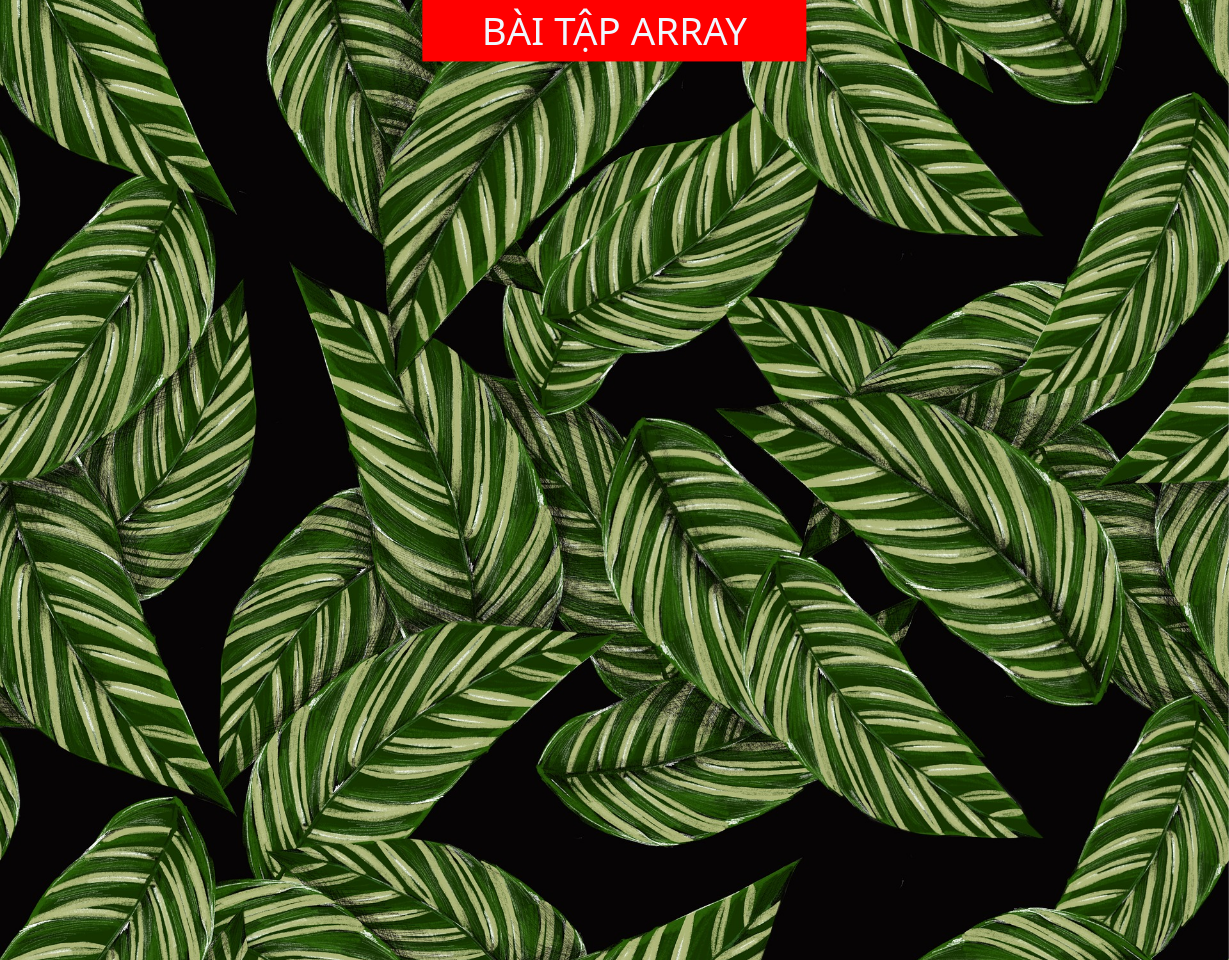
Repository: hcozyph/TranHuuPhuoc_BC43_BT_JS_Buoi7_8_ARRAY
Page: index.html
The author's editor kept a copy of each file at every save. The page is drawn from the files as they stood at one save, then again after the next save.
The browser window is 1280 px wide. The pictures show the whole page, at 96% of full size.

Above is the page before, as saved 2023-02-20 21:21:55.

### index.html
<!DOCTYPE html>
<html lang="en">
    <head>
        <title>BT Array</title>
        <!-- Required meta tags -->
        <meta charset="utf-8" />
        <meta
            name="viewport"
            content="width=device-width, initial-scale=1, shrink-to-fit=no"
        />

        <!-- Bootstrap CSS v5.2.1 -->
        <link
            href="https://cdn.jsdelivr.net/npm/bootstrap@5.2.1/dist/css/bootstrap.min.css"
            rel="stylesheet"
            integrity="sha384-iYQeCzEYFbKjA/T2uDLTpkwGzCiq6soy8tYaI1GyVh/UjpbCx/TYkiZhlZB6+fzT"
            crossorigin="anonymous"
        />

        <!-- index.css -->
        <link rel="stylesheet" href="./css/index.css" />
    </head>

    <body>
        <div class="container">
            <div class="bt-array-title">
                <h1 class="text-center py-2">BÀI TẬP ARRAY</h1>
            </div>

            <div class="bt-array-content">
                <div class="bt1"></div>
            </div>
        </div>

        <!-- Bootstrap JavaScript Libraries -->
        <script
            src="https://cdn.jsdelivr.net/npm/@popperjs/core@2.11.6/dist/umd/popper.min.js"
            integrity="sha384-oBqDVmMz9ATKxIep9tiCxS/Z9fNfEXiDAYTujMAeBAsjFuCZSmKbSSUnQlmh/jp3"
            crossorigin="anonymous"
        ></script>

        <script
            src="https://cdn.jsdelivr.net/npm/bootstrap@5.2.1/dist/js/bootstrap.min.js"
            integrity="sha384-7VPbUDkoPSGFnVtYi0QogXtr74QeVeeIs99Qfg5YCF+TidwNdjvaKZX19NZ/e6oz"
            crossorigin="anonymous"
        ></script>

        <!-- method.js -->
        <link rel="stylesheet" href="./js/method.js" />

        <!-- index.js -->
        <script src="./js/index.js"></script>
    </body>
</html>

### css/index.css
* {
    margin: 0;
    padding: 0;
    box-sizing: border-box;
}

.container {
    margin: 0 auto;
    max-width: 1440px;

    background-image: url(../img/2.jpg);
    background-size: cover;
    background-position: center;
    background-repeat: no-repeat;

    height: 1000px;
}

.bt-array-title {
    display: block;
    margin: 0 auto;
    width: 400px;
    font-size: 40px;
    font-weight: 700;
    background-color: red;
    color: aliceblue;
}

/* .bt-array-content {
} */

Loaded but not shown: js/index.js (no copy from this time; the picture is the same without it); js/method.js (no stored copy; drawn as an empty file)

After the next save:
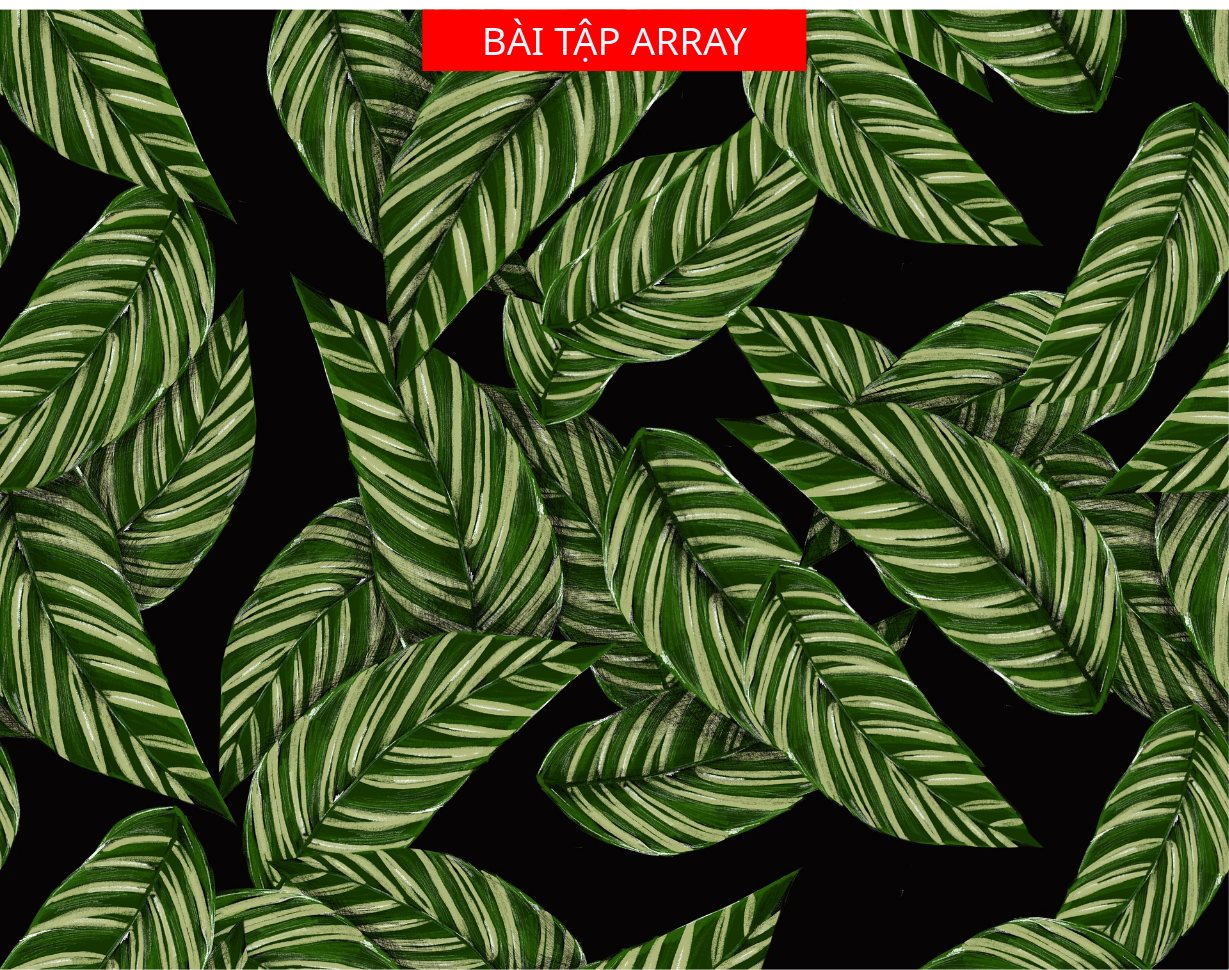
Saved 11 s later.
--- a/css/index.css
+++ b/css/index.css
@@ -18,7 +18,7 @@
 
 .bt-array-title {
     display: block;
-    margin: 0 auto;
+    margin: 10px auto;
     width: 400px;
     font-size: 40px;
     font-weight: 700;

After the save that followed:
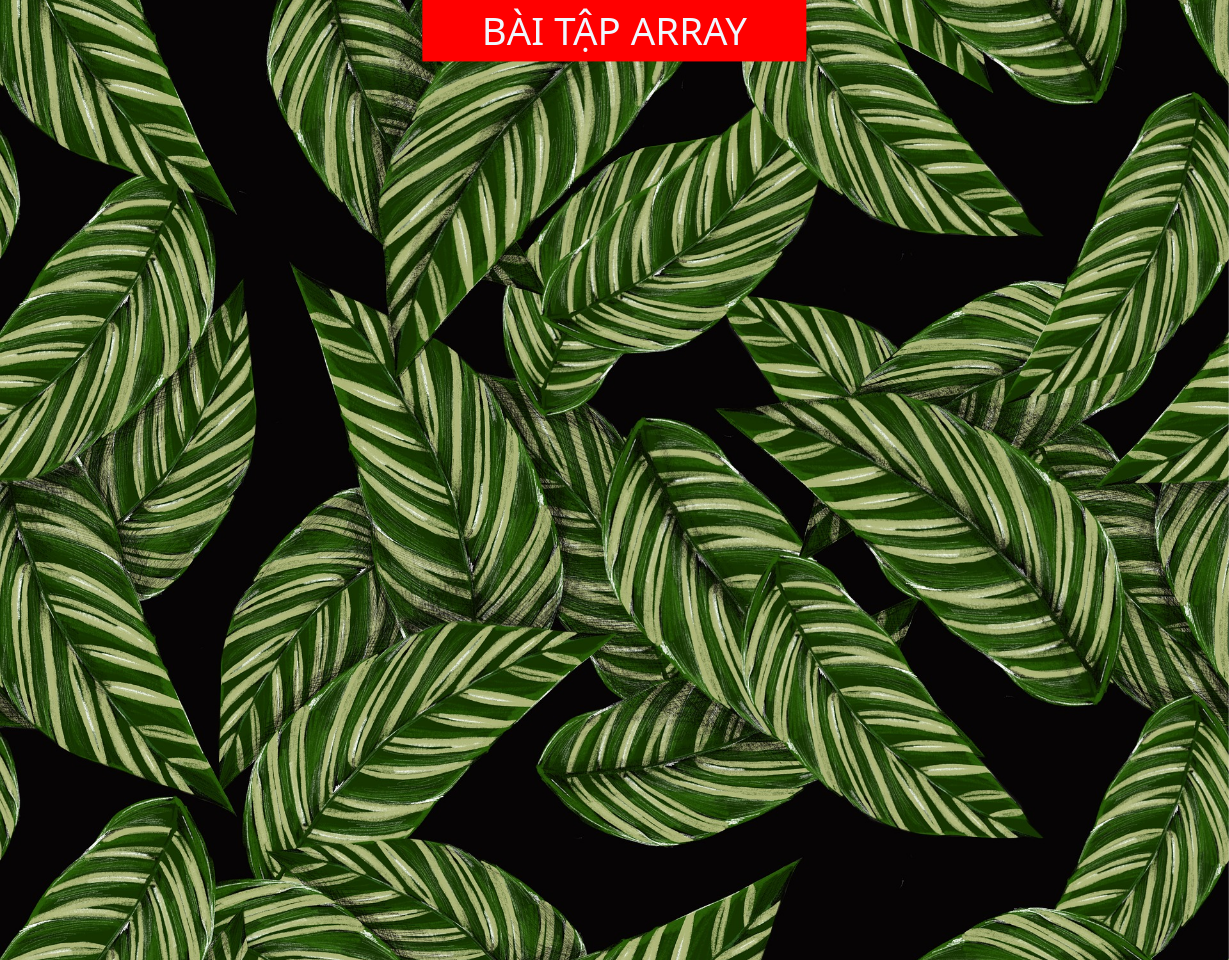
Saved 6 s later.
--- a/css/index.css
+++ b/css/index.css
@@ -18,7 +18,7 @@
 
 .bt-array-title {
     display: block;
-    margin: 10px auto;
+    margin: 0 auto;
     width: 400px;
     font-size: 40px;
     font-weight: 700;
